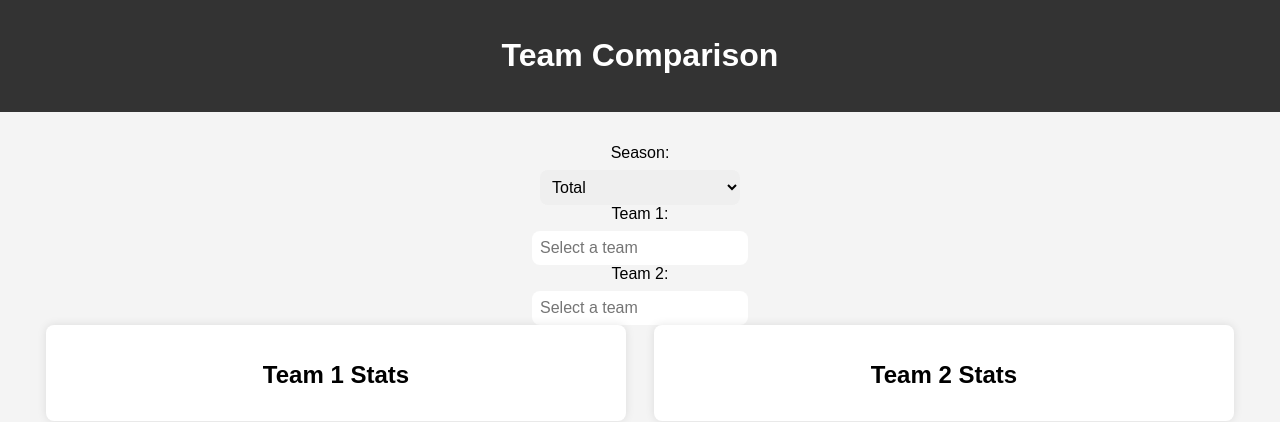
Repository: Enzo-py/dataviz-project-m1
Page: stat_page.html
The author's editor kept a copy of each file at every save. The page is drawn from the files as they stood at one save, then again after a run of saves.
The browser window is 1280 px wide. The pictures show the whole page.
Some web fonts or font styles are not loaded; a fallback is used.

Above is the page before, as saved 2024-12-12 15:49:02.

After the next 2 saves:
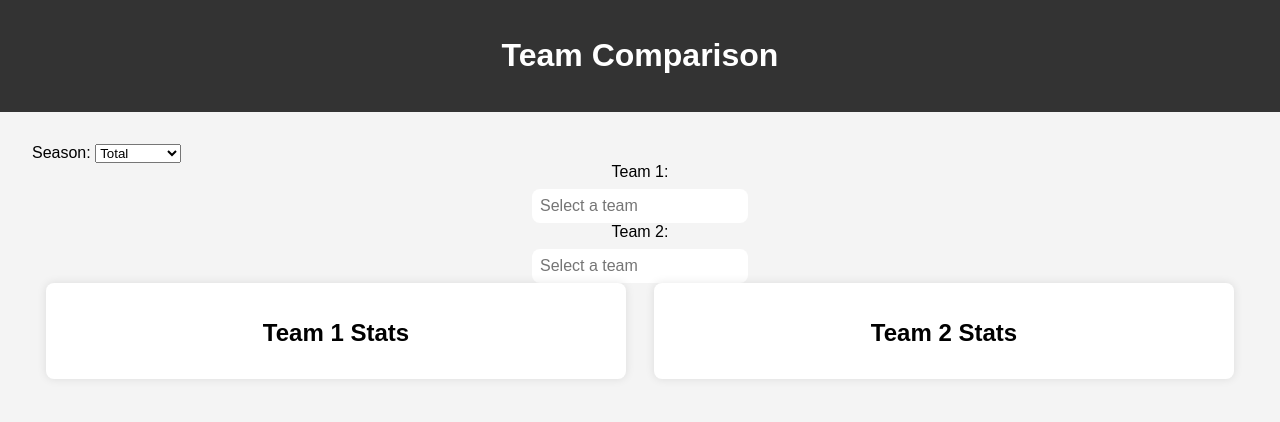
The 2 saves are shown as one change because they came seconds apart.
The last was saved 8 s later.
--- a/style_stat_page.css
+++ b/style_stat_page.css
@@ -27,17 +27,17 @@ menu.team-selection {
     box-shadow: 0 3px 3px 0 var(--shadow-color);
 }
 
-.team, .season {
+.team {
     display: flex;
     flex-direction: column;
     align-items: center;
 }
 
-.team label, .season label {
+.team label {
     margin-bottom: 0.5rem;
 }
 
-.team input, .season select {
+.team input {
     padding: 0.5rem;
     font-size: 1rem;
     width: 200px;
